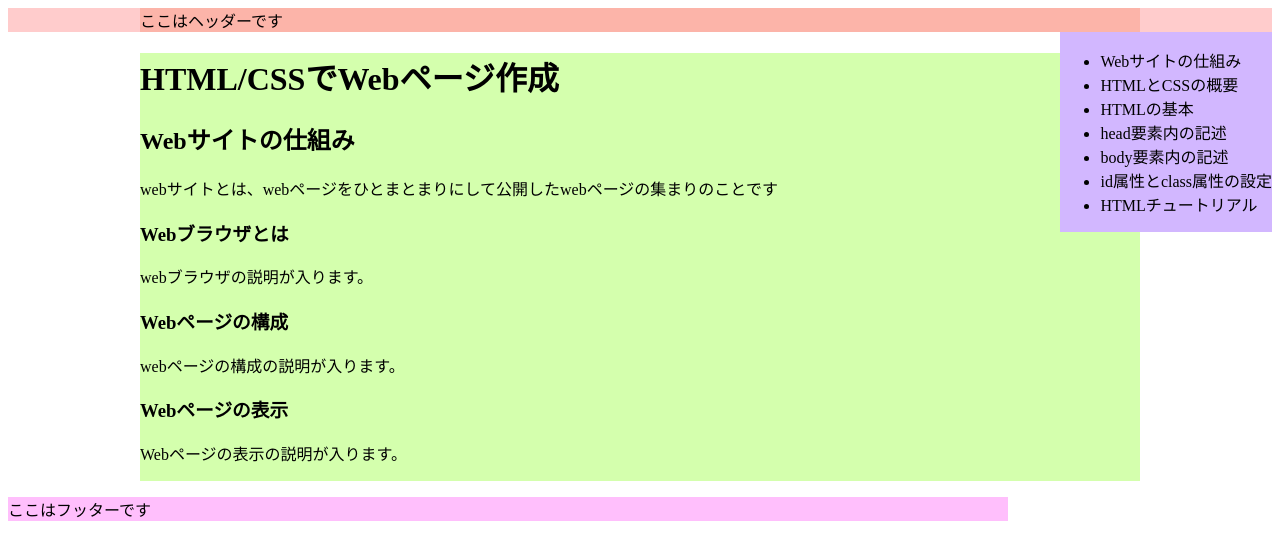
Repository: tak-hs/first-git
Page: kadai-html.html
The author's editor kept a record of every edit. The page is drawn from the files as they stood at one moment, then again after the next edit.
The browser window is 1280 px wide. The pictures show the whole page.

Above is the page before.

### kadai-html.html
<!DOCTYPE html>
<html lang="ja">
    <head>
        <meta charset="utf-8">
        <title>HTML/CSSでWebページ作成</title>
        <link rel="stylesheet" href="./kadai-css.css">
    </head>
    <body>
        <header>
            <p>ここはヘッダーです</p>
            <nav id="global_navi">
                <ul>
                    <li>Webサイトの仕組み</li>
                    <li>HTMLとCSSの概要</li>
                    <li>HTMLの基本</li>
                    <li>head要素内の記述</li>
                    <li>body要素内の記述</li>
                    <li>id属性とclass属性の設定</li>
                    <li>HTMLチュートリアル</li>
                </ul>
        </header>
        <div id="wrapper"  class="clearfix">
            <div id="main">
              <h1>HTML/CSSでWebページ作成</h1>
              <h2>Webサイトの仕組み</h2>
              <p>webサイトとは、webページをひとまとまりにして公開したwebページの集まりのことです</p>

              <nav id="menu">
                <h3>Webブラウザとは</h3>
                <p>webブラウザの説明が入ります。</p>

                <h3>Webページの構成</h3>
                <p>webページの構成の説明が入ります。</p>

                <h3>Webページの表示</h3>
                <p>Webページの表示の説明が入ります。</p>
              </nav>

            </div>
        </div>

        <footer>
            <p>ここはフッターです</p>
        </footer>

    </body>
</html>

### kadai-css.css
@charset "UTF-8";

header{
    background-color:#ffcccc;
}

.clearfix::after {
    content: '';
    display: block;
    clear: both;
}

header p{
    width:1000px;
    margin:0 auto;
    background-color: #fcb4a9;
}

#global_navi{
    float:right;
    margin:0 auto;
    background-color:#d2b7ff;
}

#wrapper{
    width:1000px;
    margin:0 auto;
    margin-bottom:0;
    background-color: #d4ffad;
}


footer{
    width:1000px;
    margin-top:0;
    background-color: #ffbffc;
}

After the next edit:
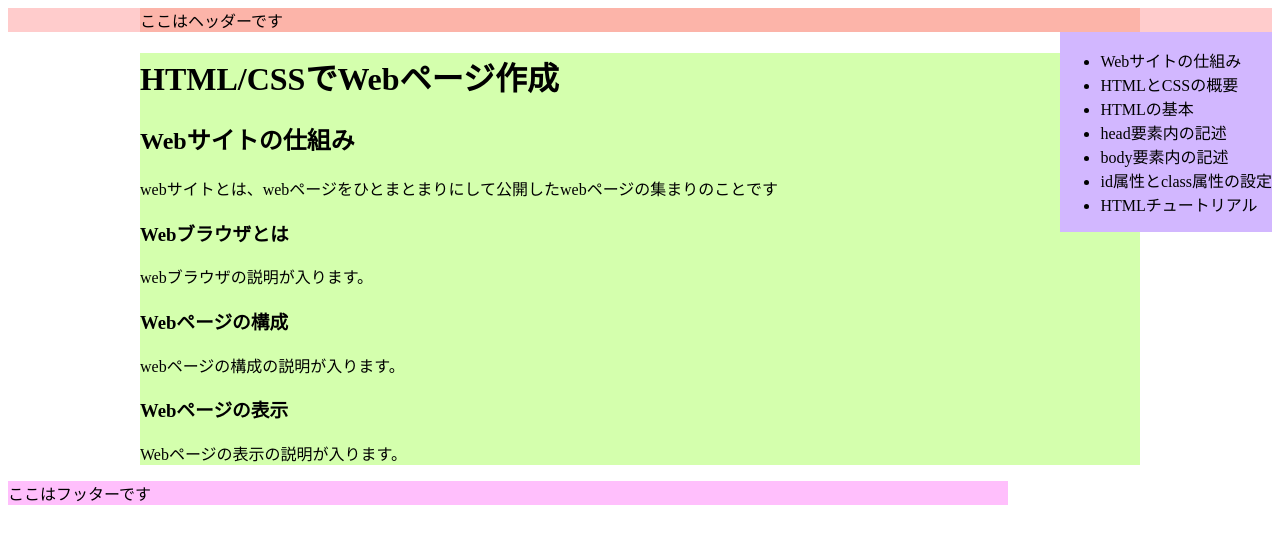
The edit:
--- a/kadai-css.css
+++ b/kadai-css.css
@@ -2,12 +2,6 @@
 
 header{
     background-color:#ffcccc;
-}
-
-.clearfix::after {
-    content: '';
-    display: block;
-    clear: both;
 }
 
 header p{

After the edit that followed:
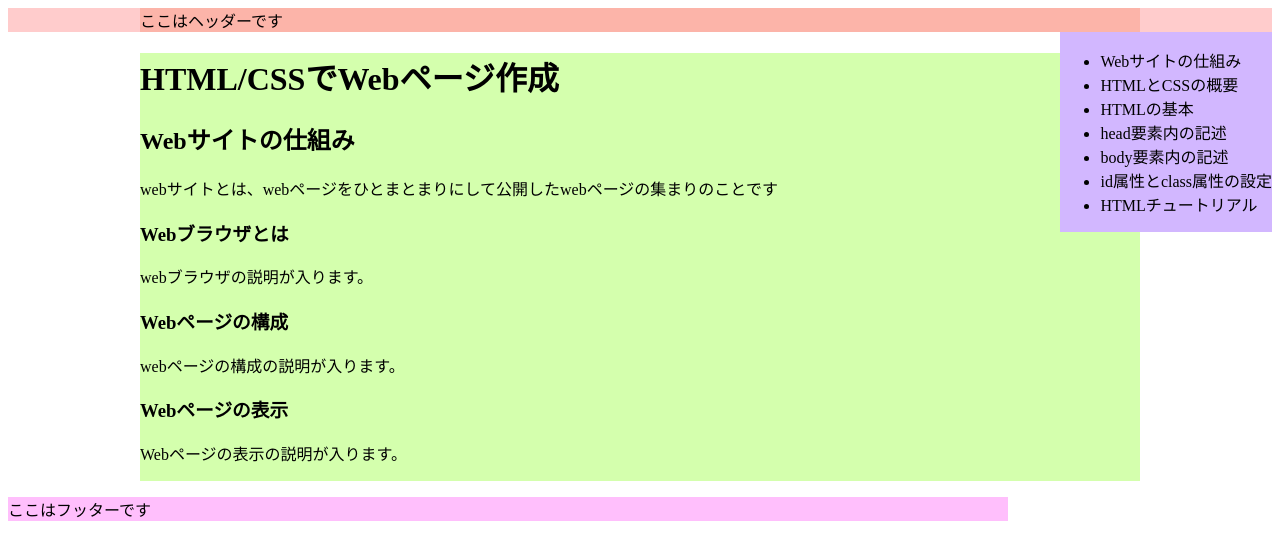
The edit:
--- a/kadai-css.css
+++ b/kadai-css.css
@@ -23,6 +23,11 @@
     background-color: #d4ffad;
 }
 
+.clearfix::after {
+    content: '';
+    display: block;
+    clear: both;
+}
 
 footer{
     width:1000px;
